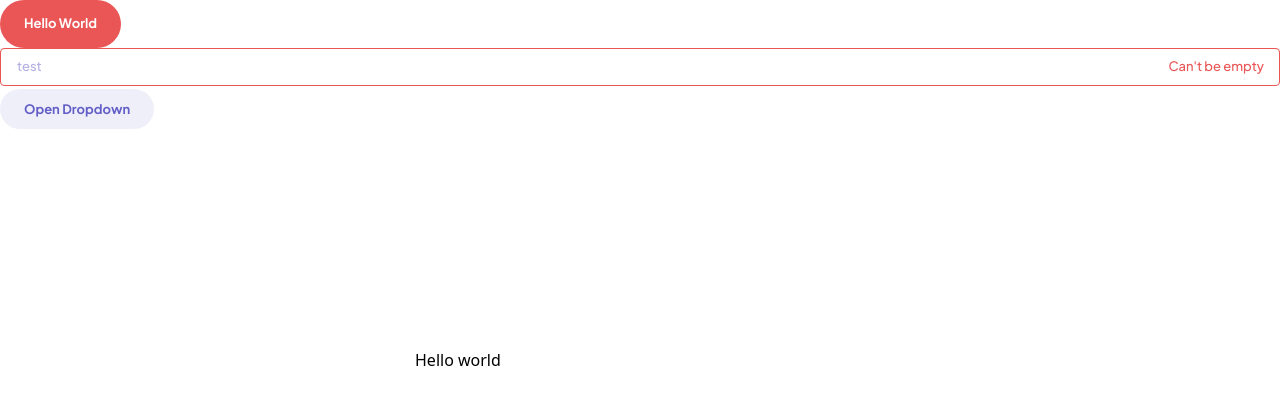
Repository: Baraajad231/Kanban-Board
Page: /
The author's editor kept a copy of each file at every save. The page is drawn from the files as they stood at one save, then again after the next save.
The browser window is 1280 px wide. The pictures show the whole page.
The project was rebuilt for these pictures with package versions that can differ from the ones it lists, and the page was loaded fresh each time. Also part of the build but not shown: vite.config.js.

Above is the page before, as saved 2026-03-24 17:00:35.

### index.html
<!doctype html>
<html lang="en">
  <head>
    <meta charset="UTF-8" />
    <meta name="viewport" content="width=device-width, initial-scale=1.0" />
    <link rel="preconnect" href="https://fonts.googleapis.com" />
    <link rel="preconnect" href="https://fonts.gstatic.com" crossorigin />
    <link
      href="https://fonts.googleapis.com/css2?family=Plus+Jakarta+Sans:ital,wght@0,200..800;1,200..800&display=swap"
      rel="stylesheet"
    />
    <title>kanban-board</title>
  </head>
  <body>
    <div id="root"></div>
    <script type="module" src="/src/main.jsx"></script>
  </body>
</html>

### src/index.css
@import "tailwindcss";

@theme {
  --font-jakarta: "Plus Jakarta Sans", sans-serif;

  --color-transparent: transparent;
  --color-current: currentColor;

  --color-main-purple: #635fc7;
  --color-main-purple-hover: #a8a4ff;
  --color-white: #ffffff;
  --color-black: #000112;
  --color-very-dark-grey: #1e1e1e;
  --color-dark-grey: #2b2c37;
  --color-lines: #3e3f4e;
  --color-medium-grey: #828fa3;
  --color-lines-light: #e4ebfa;
  --color-light-grey: #f4f7fd;
  --color-red: #ea5555;
  --color-red-hover: #ff9898;

  /* أحجام الخطوط - التنسيق صحيح جداً لـ Tailwind v4 */
  --text-heading-s: 0.75rem;
  --text-heading-s--font-weight: 700;

  --text-heading-m: 0.9rem;
  --text-heading-m--font-weight: 700;

  --text-heading-l: 1.125rem;
  --text-heading-l--font-weight: 700;

  --text-heading-xl: 1.5rem;
  --text-heading-xl--font-weight: 700;

  --text-body-m: 0.75rem;
  --text-body-m--font-weight: 700;

  --text-body-l: 0.8125rem;
  --text-body-l--font-weight: 500;
}

### src/App.jsx
import Button from "./components/Button";
import DialogPrimitive from "./components/dialogPrimitive";
import DropdownPrimitive from "./components/DropDownPrimitive";
import TextField from "./components/TextField";

function App() {
  return (
    <div className="font-jakarta text-heading-xl text-main-purple">
      <Button variant="destructive" size="lg">
        Hello World
      </Button>
      <TextField placeholder="test" isInvalid />
      <DropdownPrimitive
        triggerComponent={() => (
          <Button variant="secondary" size="sm">
            Open Dropdown
          </Button>
        )}
        items={{
          edit: {
            label: "Edit board",
            onClick: () => console.log("Edit clicked"),
          },
          delete: {
            label: "Delete board",
            onClick: () => console.log("Delete clicked"),
          },
        }}
      />
      <DialogPrimitive isOpen={true}>Hello world</DialogPrimitive>
    </div>
  );
}

export default App;

### src/components/Button.jsx
import { cva } from "class-variance-authority";

const button = cva(
  ["rounded-full", "font-bold", "px-6", "duration-200", "text-[13px]"],
  {
    variants: {
      variant: {
        primary: ["bg-main-purple", "text-white", "hover:bg-main-purple-hover"],
        // **or**
        // primary: "bg-blue-500 text-white border-transparent hover:bg-blue-600",
        secondary: [
          "bg-main-purple/10",
          "text-main-purple",
          "hover:bg-main-purple/25",
        ],
        destructive: ["bg-red", "text-white", "hover:bg-red-hover"],
      },
      size: {
        sm: ["h-10"],
        lg: ["h-12"],
      },
      isFullWidth: {
        true: ["w-full"],
      },
      // `boolean` variants are also supported!
      isDisabled: {
        true: ["opacity-25", "cursor-not-allowed", "hover:bg-main-purple"],
      },
    },

    defaultVariants: {
      variant: "primary",
      size: "lg",
    },
  },
);

const Button = ({
  children,
  variant,
  size,
  isFullWidth,
  isDisabled,
  className,
  ...props
}) => {
  return (
    <button
      className={button({ variant, size, isFullWidth, isDisabled, className })}
      {...props}
    >
      {children}
    </button>
  );
};
export default Button;

### src/components/dialogPrimitive.jsx
import { Dialog } from "radix-ui";

const DialogPrimitive = ({
  title,
  triggerComponent,
  children,
  isOpen,
  setOpen,
}) => (
  <Dialog.Root open={isOpen} onOpenChange={setOpen}>
    <Dialog.Trigger asChild>{triggerComponent}</Dialog.Trigger>
    <Dialog.Portal>
      <Dialog.Overlay className="data-[state=open]:animate-overlayShow bg-blackA6 fixed inset-0" />
      <Dialog.Content className="bg-gray1 data-[state=open]:animate-contentShow fixed top-1/2 left-1/2 max-h-[85vh] w-[90vw] max-w-125 -translate-x-1/2 -translate-y-1/2 rounded-md p-6.25 shadow-(--shadow-6) focus:outline-none">
        <Dialog.Title className="text-heading-l">{title}</Dialog.Title>
        {children}
      </Dialog.Content>
    </Dialog.Portal>
  </Dialog.Root>
);

export default DialogPrimitive;

### src/components/DropDownPrimitive.jsx
import * as React from "react";
import { DropdownMenu } from "radix-ui";
import clsx from "clsx";
// طريقة بتخلينا نعمل document لل component تاعنا
// jsdocs
/**
 * @param {Object} props
 * @param {Function} props.triggerComponent
 * @param {Object} props.items
 * @param {string} props.items.label -- the text that will be shown in the dropdown item
 * @param {Function} props.items.onClick -- the function that will be called when the dropdown item is clicked
 * @returns {JSX.Element}
 */
const DropdownPrimitive = ({ triggerComponent, items }) => {
  return (
    <DropdownMenu.Root>
      <DropdownMenu.Trigger asChild>
        {triggerComponent && triggerComponent()}
      </DropdownMenu.Trigger>

      <DropdownMenu.Portal>
        <DropdownMenu.Content
          className="data-[side=bottom]:animate-slideUpAndFade data-[side=left]:animate-slideRightAndFade data-[side=right]:animate-slideLeftAndFade data-[side=top]:animate-slideDownAndFade min-w-55 rounded-md bg-white p-1.25 shadow-[0px_10px_38px_-10px_rgba(22,23,24,0.35),0px_10px_20px_-15px_rgba(22,23,24,0.2)] will-change-[opacity,transform]"
          sideOffset={32}
        >
          {items &&
            Object.keys(items).map((item) => (
              <DropdownMenu.Item
                key={items[item].label}
                onClick={items[item].onClick}
                className={clsx(
                  "group text-body-l data-highlighted:bg-light-grey cursor-pointer p-4 leading-none outline-none",
                  {
                    "text-red": items[item].label.includes("Delete"),
                  },
                )}
              >
                {items[item].label}
              </DropdownMenu.Item>
            ))}
        </DropdownMenu.Content>
      </DropdownMenu.Portal>
    </DropdownMenu.Root>
  );
};

export default DropdownPrimitive;

### src/components/TextField.jsx
import clsx from "clsx";

const TextField = ({
  placeholder,
  isInvalid,
  name,
  required,
  defaultValue,
}) => {
  return (
    <div className="relative flex min-w-80 flex-1 items-center">
      {isInvalid && (
        <span className="text-body-l text-red absolute right-4 text-sm">
          Can't be empty
        </span>
      )}

      <input
        type="text"
        name={name}
        defaultValue={defaultValue}
        placeholder={placeholder}
        required={required}
        className={clsx(
          "border-medium-gray/25 text-body-l w-full rounded-sm border py-2 pl-4",
          {
            "border-red pr-32": isInvalid,
            "pr-4": !isInvalid,
          },
        )}
      />
    </div>
  );
};

export default TextField;

Loaded but not shown: src/main.jsx (common file)

After the next save:
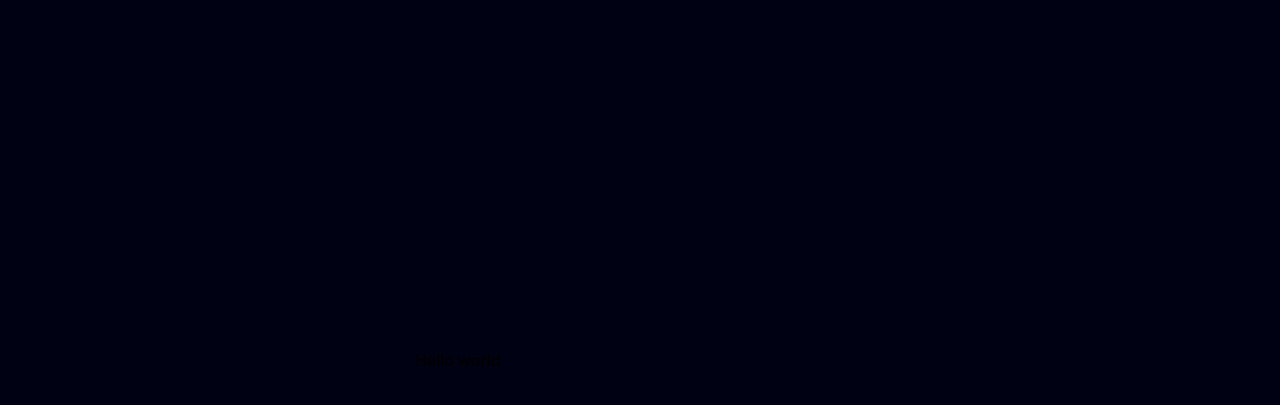
Saved 73 s later.
--- a/src/components/dialogPrimitive.jsx
+++ b/src/components/dialogPrimitive.jsx
@@ -10,7 +10,7 @@
   <Dialog.Root open={isOpen} onOpenChange={setOpen}>
     <Dialog.Trigger asChild>{triggerComponent}</Dialog.Trigger>
     <Dialog.Portal>
-      <Dialog.Overlay className="data-[state=open]:animate-overlayShow bg-blackA6 fixed inset-0" />
+      <Dialog.Overlay className="data-[state=open]:animate-overlayShow fixed inset-0 bg-black" />
       <Dialog.Content className="bg-gray1 data-[state=open]:animate-contentShow fixed top-1/2 left-1/2 max-h-[85vh] w-[90vw] max-w-125 -translate-x-1/2 -translate-y-1/2 rounded-md p-6.25 shadow-(--shadow-6) focus:outline-none">
         <Dialog.Title className="text-heading-l">{title}</Dialog.Title>
         {children}

After the 6 saves that followed:
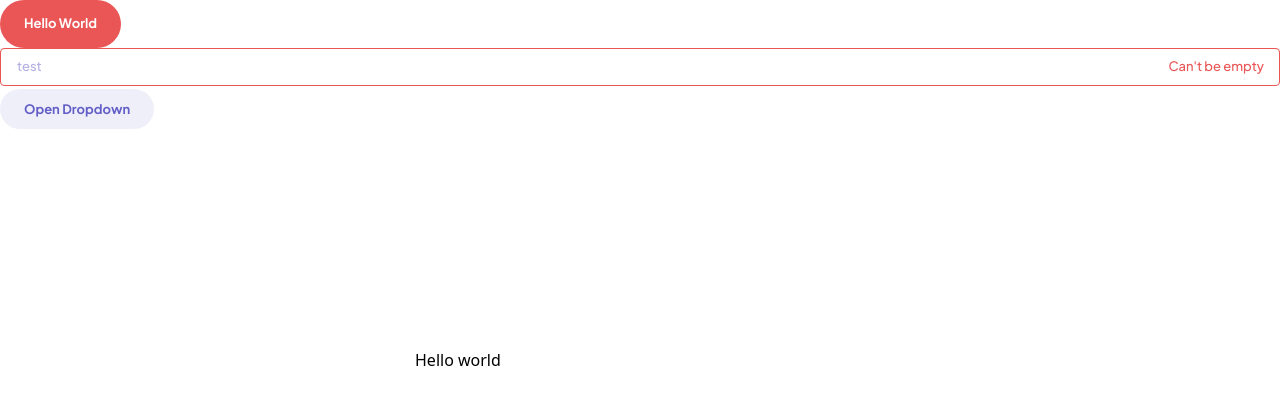
The 6 saves are shown as one change because 4 left the picture as it was and some came seconds apart.
The last was saved 58 s later.
--- a/src/components/dialogPrimitive.jsx
+++ b/src/components/dialogPrimitive.jsx
@@ -10,7 +10,7 @@
   <Dialog.Root open={isOpen} onOpenChange={setOpen}>
     <Dialog.Trigger asChild>{triggerComponent}</Dialog.Trigger>
     <Dialog.Portal>
-      <Dialog.Overlay className="data-[state=open]:animate-overlayShow fixed inset-0 bg-black" />
+      <Dialog.Overlay className="data-[state=open]:animate-overlayShow bg-gray fixed inset-0" />
       <Dialog.Content className="bg-gray1 data-[state=open]:animate-contentShow fixed top-1/2 left-1/2 max-h-[85vh] w-[90vw] max-w-125 -translate-x-1/2 -translate-y-1/2 rounded-md p-6.25 shadow-(--shadow-6) focus:outline-none">
         <Dialog.Title className="text-heading-l">{title}</Dialog.Title>
         {children}
